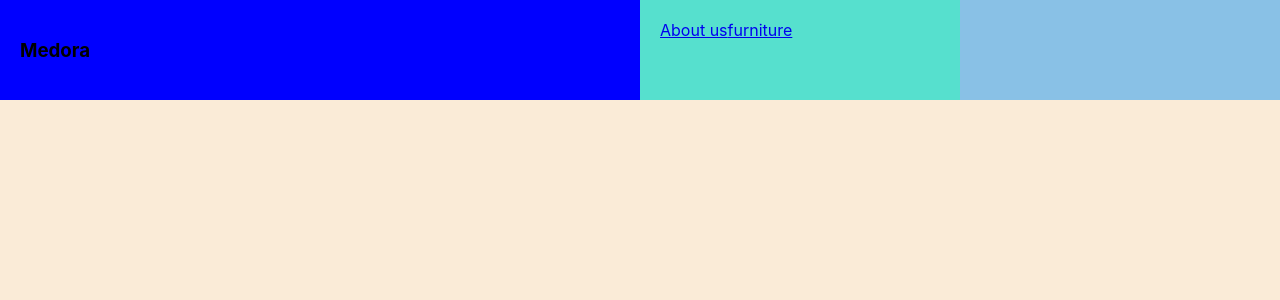
Repository: SbuKhoza/medora
Page: /
These files come from the project's save history. The page is drawn as it stood at one moment and after the next save; the edit follows.
The browser window is 1280 px wide. The pictures show the whole page.
The project was rebuilt for these pictures with package versions that can differ from the ones it lists, and the page was loaded fresh each time.

Above is the page before, as saved 2024-07-09 13:51:48.

After the next save:
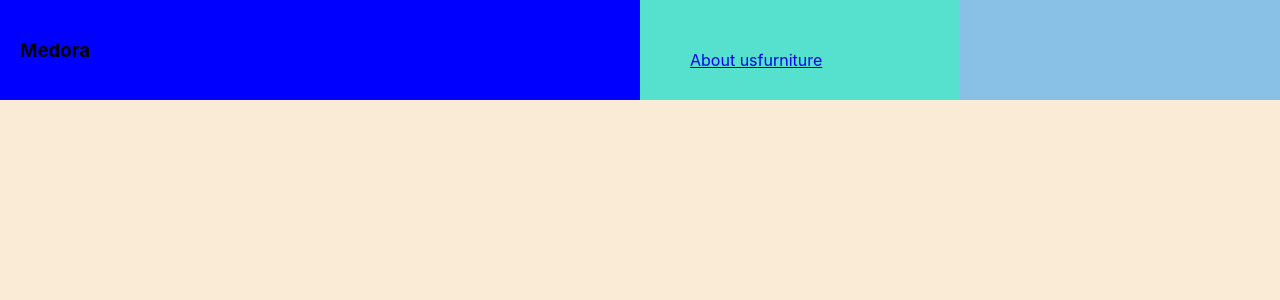
Saved 31 s later.
--- a/src/App.css
+++ b/src/App.css
@@ -38,5 +38,5 @@ body {
 .menucenter {
   display: flex;
   height: 40px;
-  margin: 20px;
+  margin: 50px;
 }
